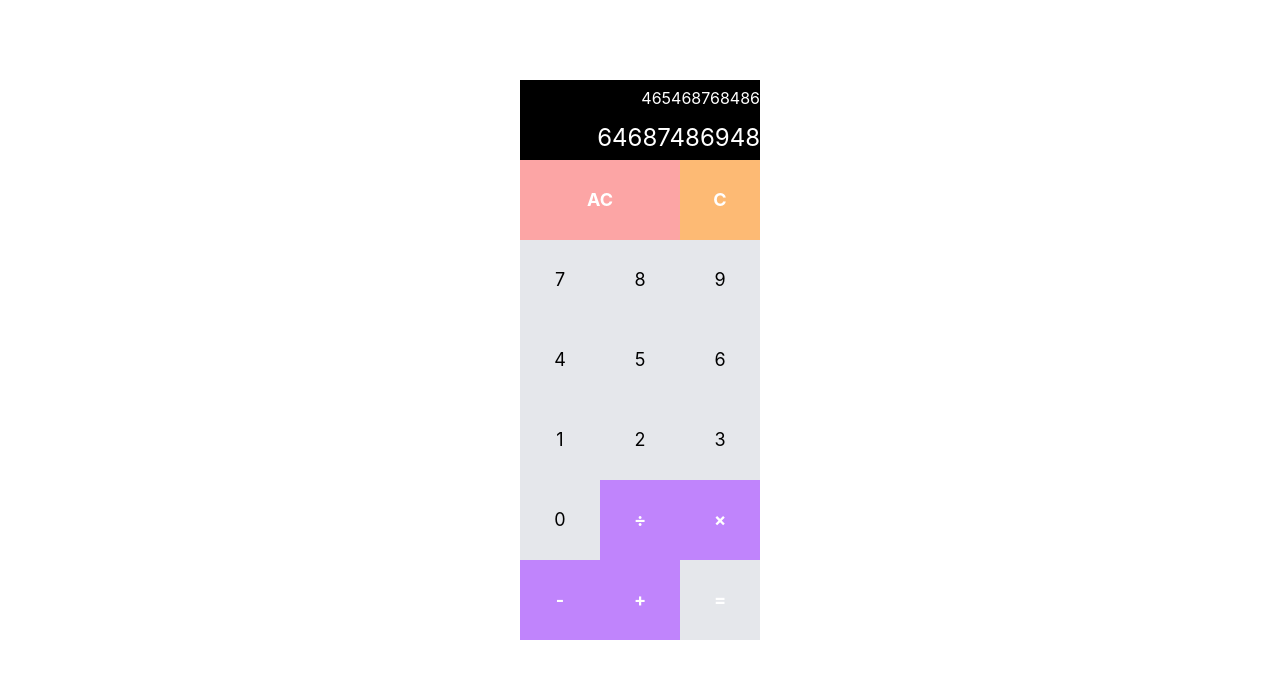
Repository: BrianPhamDev/calculator_app
Page: /
These files come from the project's save history. The page is drawn as it stood at one moment and after a run of saves; the edit follows.
The browser window is 1280 px wide. The pictures show the whole page.
The project was rebuilt for these pictures with package versions that can differ from the ones it lists, and the page was loaded fresh each time. Also part of the build but not shown: vite.config.js.

Above is the page before, as saved 2024-01-09 14:39:59.

After the next 2 saves:
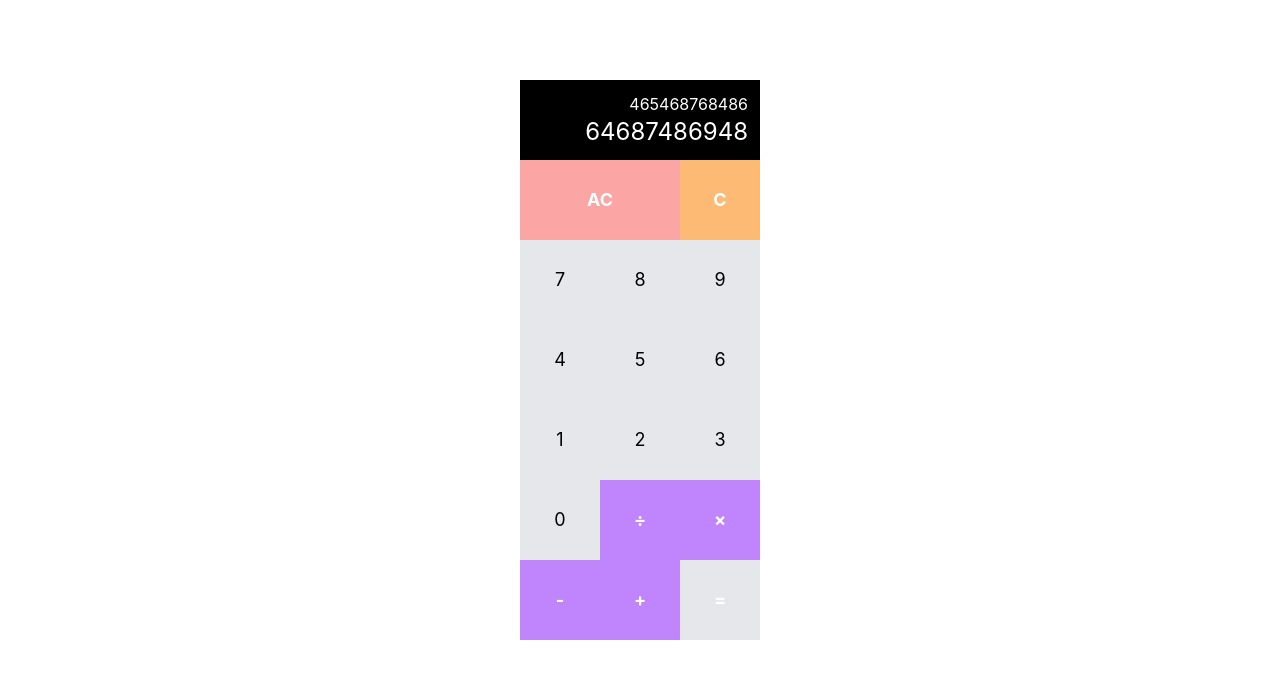
The 2 saves are shown as one change because they came seconds apart.
The last was saved 11 s later.
--- a/src/components/Calculator.jsx
+++ b/src/components/Calculator.jsx
@@ -15,7 +15,7 @@ const Calculator = () => {
 
   return (
     <div className="">
-      <div className="w-60 h-20 bg-black text-white flex flex-col items-end justify-around break-words break-all">
+      <div className="w-60 h-20 bg-black text-white flex flex-col items-end justify-around p-3 break-words break-all">
         <div className="previous">465468768486</div>
         <div className="current text-2xl">64687486948</div>
       </div>
